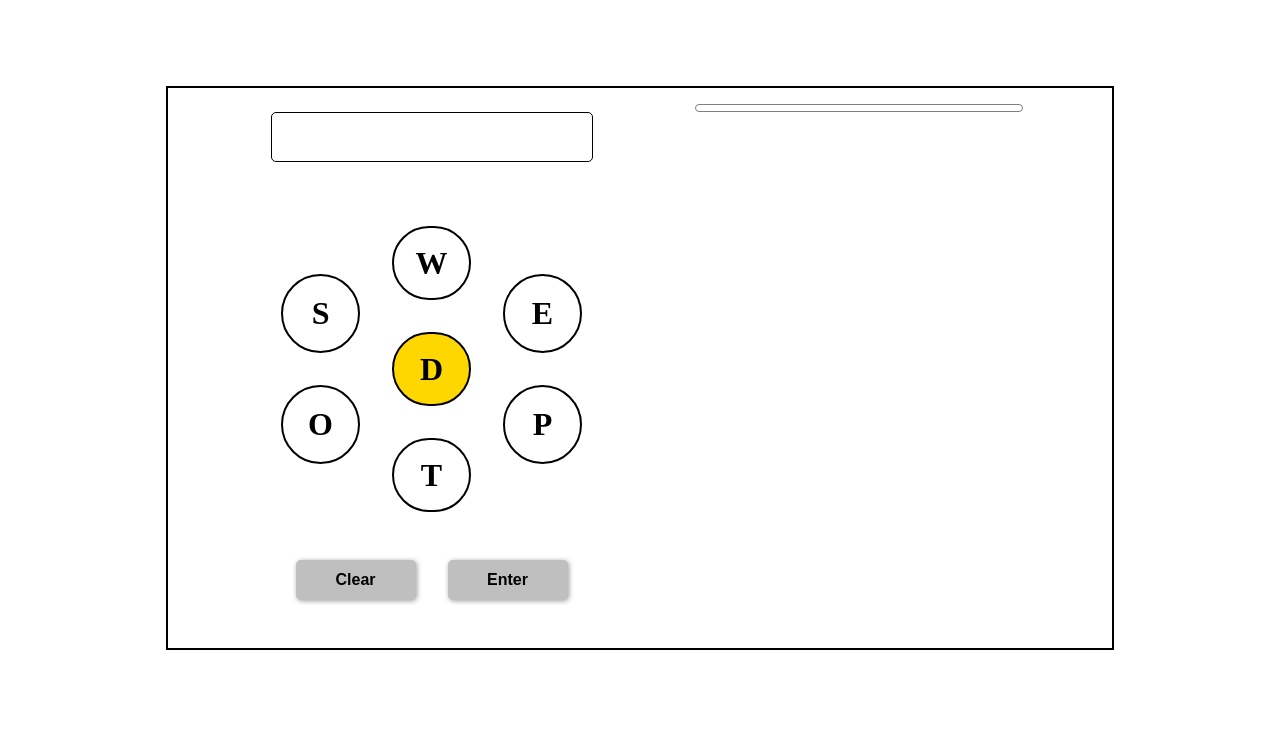
Repository: wellgordon/spelling-bee-clone
Page: /game
These files come from the project's save history. The page is drawn as it stood at one moment and after the next save; the edit follows.
The browser window is 1280 px wide. The pictures show the whole page.
The project was rebuilt for these pictures with package versions that can differ from the ones it lists, and the page was loaded fresh each time. Also part of the build but not shown: src/index.css, src/components/Home.tsx.

Above is the page before, as saved 2022-01-28 18:53:30.

### src/App.tsx
import React from 'react';
import Game from './components/Game';
import { BrowserRouter as Router, Route, Routes } from 'react-router-dom';
import Home from './components/Home';

const App = () => {
  return (
    <Router>
      <Routes>
        <Route path="/" element={<Home />} />
        <Route path="/game" element={<Game />} />
      </Routes>
    </Router>
  );
};

export default App;

### src/components/Game.tsx
import React, { useState } from 'react';
import { words } from '../constants/words';
import GameUI from './GameUI';

const Game = () => {
  const [bufferText, setBufferText] = useState('');
  const [isSpecialLetter, setIsSpecialLetter] = useState(false);
  const [foundWords, setFoundWords] = useState<string[]>([]);

  const handleClick = (e: any) => {
    if (bufferText.length > 10) {
      setBufferText('Too Long!');
      setTimeout(() => {
        setBufferText('');
      }, 500);
    } else {
      setBufferText((prev) => prev + e.target.innerText);
    }
  };

  const handleCenterClick = (e: string) => {
    setIsSpecialLetter(true);
    handleClick(e);
  };

  const handleClear = () => {
    setBufferText('');
  };

  const handleSubmit = () => {
    if (bufferText.length < 4) {
      setBufferText('Too short!');
      setIsSpecialLetter(false);
      setTimeout(() => {
        setBufferText('');
      }, 500);
    } else if (!isSpecialLetter) {
      setBufferText('Need to use letter of the day!');
      setTimeout(() => {
        setBufferText('');
      }, 500);
    } else if (foundWords?.includes(bufferText)) {
      setBufferText('Oops, already got that one!');
      setIsSpecialLetter(false);
      setTimeout(() => {
        setBufferText('');
      }, 500);
    } else {
      if (words.includes(bufferText.toLowerCase())) {
        setFoundWords((prev) => [...prev, bufferText]);
        setIsSpecialLetter(false);
        setBufferText('');
      } else {
        setBufferText('Sorry, not a word...');
        setIsSpecialLetter(false);
        setTimeout(() => {
          setBufferText('');
        }, 500);
      }
    }
  };

  return (
    <GameUI
      handleClick={handleClick}
      handleCenterClick={handleCenterClick}
      bufferText={bufferText}
      handleClear={handleClear}
      handleSubmit={handleSubmit}
      foundWords={foundWords}
    />
  );
};

export default Game;

### src/constants/words.ts
export const words = [
  'depot',
  'depots',
  'despot',
  'dews',
  'does',
  'doest',
  'dope',
  'dopes',
  'dose',
  'dote',
  'dotes',
  'dots',
  'dowse',
  'dowset',
  'odes',
  'opted',
  'opts',
  'owed',
  'owes',
  'peso',
  'pest',
  'pesto',
  'pets',
  'pews',
  'pods',
  'poet',
  'poets',
  'pose',
  'posed',
  'post',
  'posted',
  'pots',
  'sowed',
  'sped',
  'spot',
  'step',
  'stew',
  'stop',
  'stow',
  'stowed',
  'swept',
  'swop',
  'swopt',
  'toed',
  'toes',
  'tops',
  'towed',
  'tows',
  'twos',
  'weds',
  'wept',
  'west',
  'wets',
  'woes',
];

const wordLists = [
  {
    letters: ['D', 'O', 'W', 'A', 'P', 'L', 'K'],
    words: [
      'dawk',
      'walk',
      'pawl',
      'plow',
      'kola',
      'plod',
      'wold',
      'alow',
      'apod',
      'awol',
      'dopa',
      'opal',
      'woad',
      'load',
      'polka',
      'waldo',
      'woald',
    ],
  },
  {
    letters: ['E', 'V', 'L', 'A', 'W', 'R', 'G'],
    words: [
      'gravel',
      'argle',
      'gavel',
      'glare',
      'grave',
      'lager',
      'large',
      'laver',
      'ravel',
      'regal',
      'velar',
      'wager',
      'waler',
      'waver',
      'ager',
      'areg',
      'aver',
      'earl',
      'egal',
      'gale',
      'gave',
      'gear',
      'grew',
      'lave',
      'lear',
      'leva',
      'rage',
      'rale',
      'rave',
      'real',
      'vale',
      'veal',
      'vega',
      'vela',
      'vera',
      'wage',
      'wale',
      'ware',
      'wave',
      'weal',
      'wear',
    ],
  },
];

### src/components/GameUI.tsx
import React, { useState } from 'react';
import Game from './Game';
import {
  MainContainer,
  SubContainer,
  Accordion,
  FoundText,
  TriangleUp,
  TriangleDown,
  InputText,
  SideColumn,
  Circle,
  CenterColumn,
  CenterCircle,
  ButtonContainer,
  Button,
  GameContainer,
  LeftSide,
} from './styled/Styles';

type Props = {
  handleClick: (e: any) => void;
  handleCenterClick: (e: any) => void;
  handleSubmit: () => void;
  handleClear: () => void;
  bufferText?: string;
  foundWords?: string[];
};

const GameUI = ({
  handleClick,
  handleCenterClick,
  bufferText,
  handleSubmit,
  handleClear,
  foundWords,
}: Props) => {
  const [open, setOpen] = useState(false);
  const [accordion, setAccordion] = useState('');

  function toggle() {
    if (open) {
      setOpen(false);
      setAccordion('');
    } else {
      setOpen(true);
      setAccordion('found-word-box');
    }
  }

  return (
    <>
      <MainContainer>
        <SubContainer>
          <LeftSide>
            <InputText>{bufferText}</InputText>
            <GameContainer>
              <SideColumn>
                <Circle onClick={handleClick}>S</Circle>
                <Circle onClick={handleClick}>O</Circle>
              </SideColumn>
              <CenterColumn>
                <Circle onClick={handleClick}>W</Circle>
                <CenterCircle onClick={handleCenterClick}>D</CenterCircle>
                <Circle onClick={handleClick}>T</Circle>
              </CenterColumn>
              <SideColumn>
                <Circle onClick={handleClick}>E</Circle>
                <Circle onClick={handleClick}>P</Circle>
              </SideColumn>
            </GameContainer>
            <ButtonContainer>
              <Button onClick={handleClear}>Clear</Button>
              <Button onClick={handleSubmit}>Enter</Button>
            </ButtonContainer>
          </LeftSide>
          <Accordion className={accordion}>
            {open === false
              ? foundWords
                  ?.filter((word: string, index: number) => index < 5)
                  .map((word: string) => {
                    return <FoundText>{`${word}, `}</FoundText>;
                  })
              : foundWords?.map((word: string) => {
                  return <FoundText>{`${word}, `}</FoundText>;
                })}
          </Accordion>
          {/* <span onClick={toggle}>
            {open === true ? <TriangleUp /> : <TriangleDown />}
          </span> */}
        </SubContainer>
      </MainContainer>
    </>
  );
};

export default GameUI;

### src/components/styled/Styles.ts
import styled from 'styled-components';

export const MainContainer = styled.div`
  height: 100vh;
  width: 75%;
  display: flex;
  margin: 0 auto;
  align-items: center;
  justify-content: center;
`;

export const SubContainer = styled.div`
  display: flex;
  width: 100%;
  align-items: start;
  justify-content: space-evenly;
  flex-flow: row;

  border: 2px solid black;
`;

export const GameContainer = styled.div`
  width: 350px;
  height: 350px;
  display: flex;
  flex-flow: row nowrap;
  justify-content: center;
`;

export const Column = styled.div`
  display: flex;
  flex-flow: column nowrap;
  align-items: center;
  justify-content: space-around;
`;

export const SideColumn = styled(Column)`
  margin: 4rem 0;
`;

export const CenterColumn = styled(Column)`
  margin: 1rem 0;
`;

export const Circle = styled.div`
  width: 75px;
  height: 75px;
  border-radius: 50px;
  border: 2px solid black;
  display: flex;
  align-items: center;
  justify-content: center;
  font-size: 2rem;
  font-weight: bold;
  margin: 1rem;

  &:hover {
    cursor: pointer;
  }
`;

export const CenterCircle = styled(Circle)`
  background: gold;
`;

export const InputText = styled.p`
  margin-bottom: 2rem;
  height: 3rem;
  width: 20rem;
  border: 1px solid black;
  border-radius: 5px;
  font-size: 1.5rem;
  font-weight: bold;
  text-align: center;
`;

export const FoundText = styled.p`
  margin-left: 0.3rem;
`;

export const TriangleDown = styled.div`
  width: 0;
  height: 0;
  border-left: 10px solid transparent;
  border-right: 10px solid transparent;

  border-top: 10px solid black;
  position: relative;
  left: 50%;
  bottom: 100%;

  &:hover {
    cursor: pointer;
    border-top: 10px solid gray;
  }
`;

export const TriangleUp = styled.div`
  width: 0;
  height: 0;
  border-left: 10px solid transparent;
  border-right: 10px solid transparent;

  border-bottom: 10px solid black;
  position: relative;
  left: 50%;
  bottom: 100%;

  &:hover {
    cursor: pointer;
    border-bottom: 10px solid gray;
  }
`;

export const Button = styled.button`
  text-decoration: none;
  background-color: #bfbfbf;
  border: none;
  border-radius: 5px;
  margin: 1rem;
  font-weight: bold;
  font-size: 16px;
  height: 2.5rem;
  width: 7.5rem;
  box-shadow: 1px 1px 5px 0px rgba(156, 156, 156, 156);

  &:hover {
    cursor: pointer;
    background-color: #808080;
  }
`;
export const ButtonContainer = styled.div`
  display: flex;
  flex-flow: row wrap;
  align-items; flex-start;
  justify-content: flex-end;
  margin-bottom: 2rem;
`;

export const Accordion = styled.div`
  height: 100%;
  width: 20rem;
  padding: 0.2rem;
  margin-top: 1rem;
  display: flex;
  flex-flow: row wrap;
  justify-content: flex-start;
  align-content: flex-start;
  font-weight: bold;
  border: 1px solid gray;
  border-radius: 5px;
`;

export const LeftSide = styled.div`
  display: flex;
  flex-flow: column;
  justify-content: center;
  align-items: center;
`;

Loaded but not shown: public/index.html (common file); src/index.js (common file); src/reportWebVitals.js (common file)

After the next save:
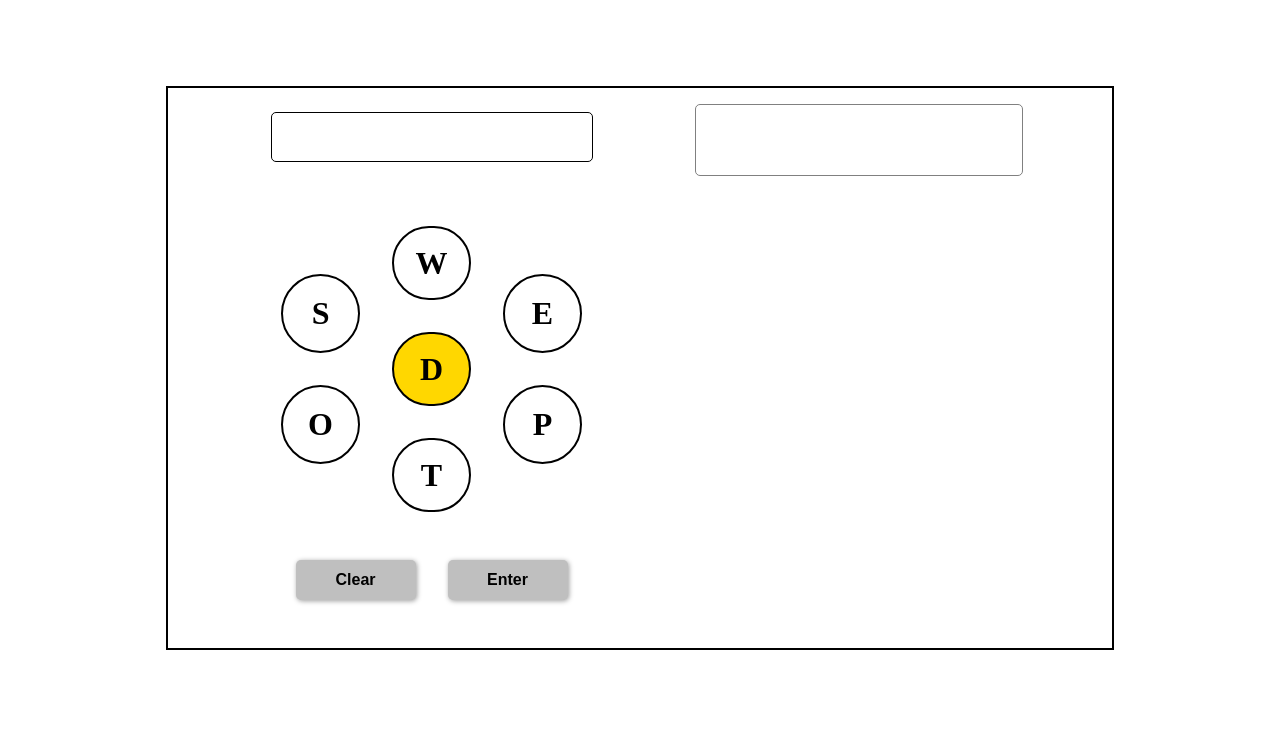
Saved 18 s later.
--- a/src/components/styled/Styles.ts
+++ b/src/components/styled/Styles.ts
@@ -138,7 +138,8 @@ export const ButtonContainer = styled.div`
 `;
 
 export const Accordion = styled.div`
-  height: 100%;
+  min-height: 4rem;
+  max-height: 100%;
   width: 20rem;
   padding: 0.2rem;
   margin-top: 1rem;
